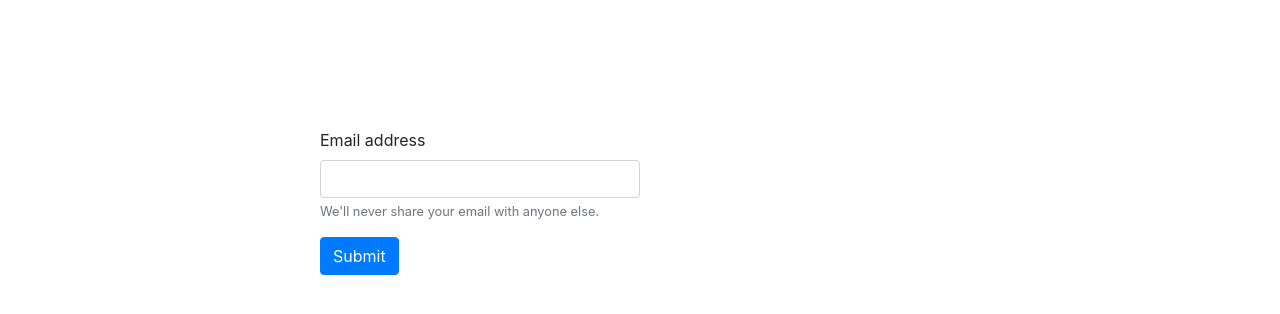
Repository: DhananjayaLakshan/PHP_CRUD_OOP1
Page: http://localhost/signup.php
The author's editor kept a copy of each file at every save. The page is drawn from the files as they stood at one save, then again after the next save.
The browser window is 1280 px wide. The pictures show the whole page.
The page is run by PHP 8.4 with error messages shown; the project is at /var/www/html/.

Above is the page before, as saved 2023-11-30 12:10:42.

After the next save:
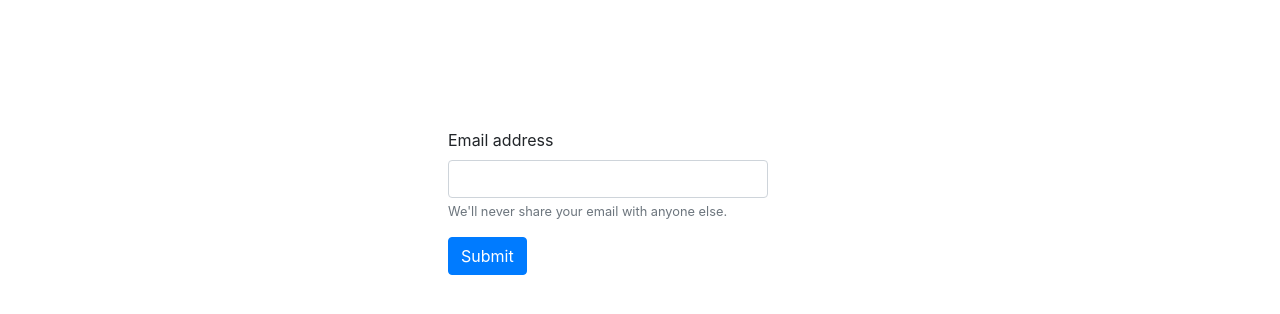
Saved 8 s later.
--- a/signup.php
+++ b/signup.php
@@ -13,7 +13,7 @@
 
 <body>
 
-    <form action="" method="post" style="width: 25%; margin: 10% 25%;">
+    <form action="" method="post" style="width: 25%; margin: 10% 35%;">
         <div class="form-group">
             <label for="exampleInputEmail1">Email address</label>
             <input type="email" class="form-control" id="exampleInputEmail1" aria-describedby="emailHelp">
